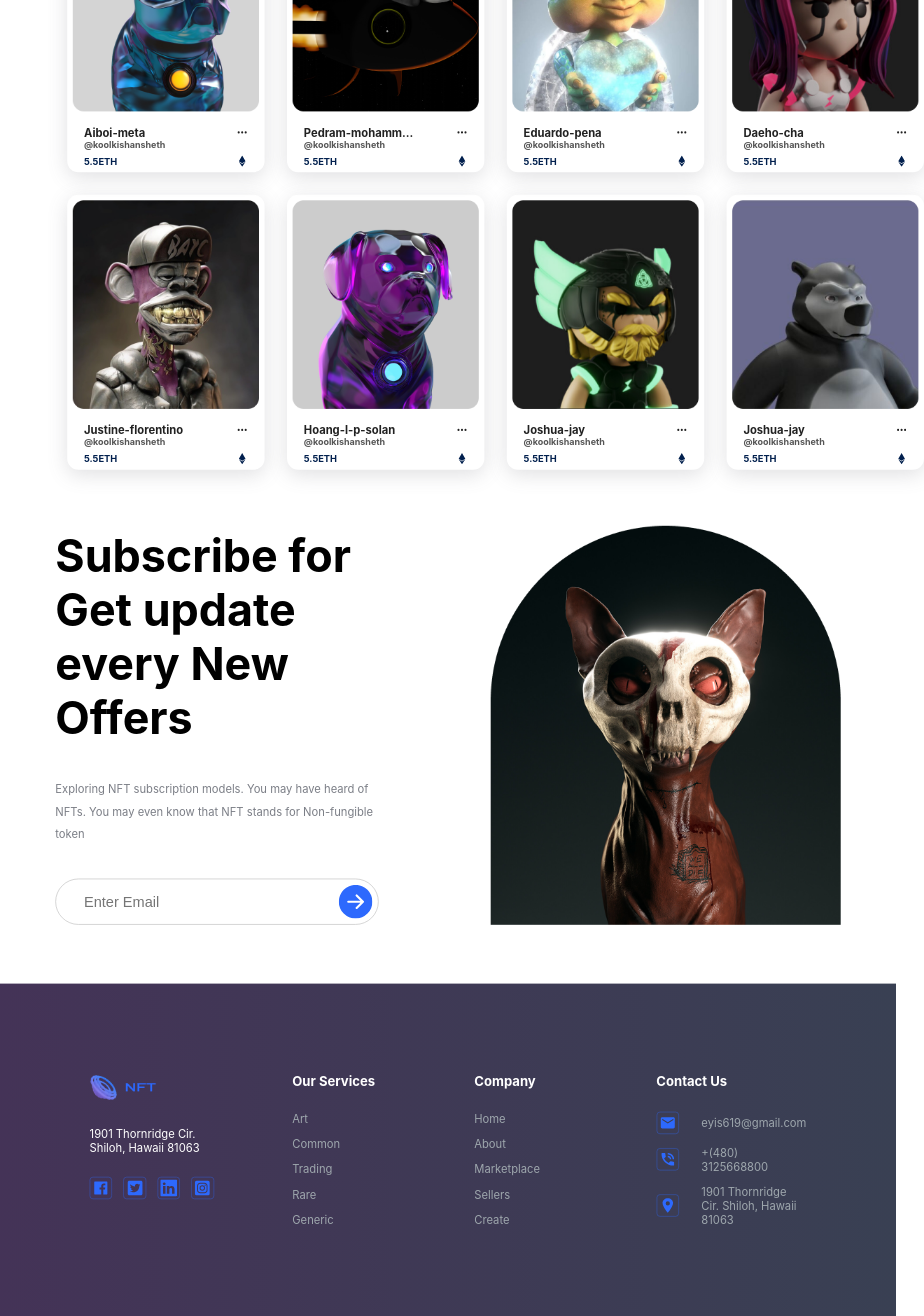
Repository: Ellisvelandia/NFT
Page: /
The author's editor kept a copy of each file at every save. The page is drawn from the files as they stood at one save, then again after the next save.
The browser window is 1280 px wide. The page is 1320 px wide, so the pictures cover 1320 px, including what lies to the right of the window. The pictures show the part of the page from y = 3373 to 5253 px (the page is 5253 px tall), at 70% of full size.
The project was rebuilt for these pictures with package versions that can differ from the ones it lists, and the page was loaded fresh each time.

Above is the page before, as saved 2022-08-21 16:21:13.

After the next save:
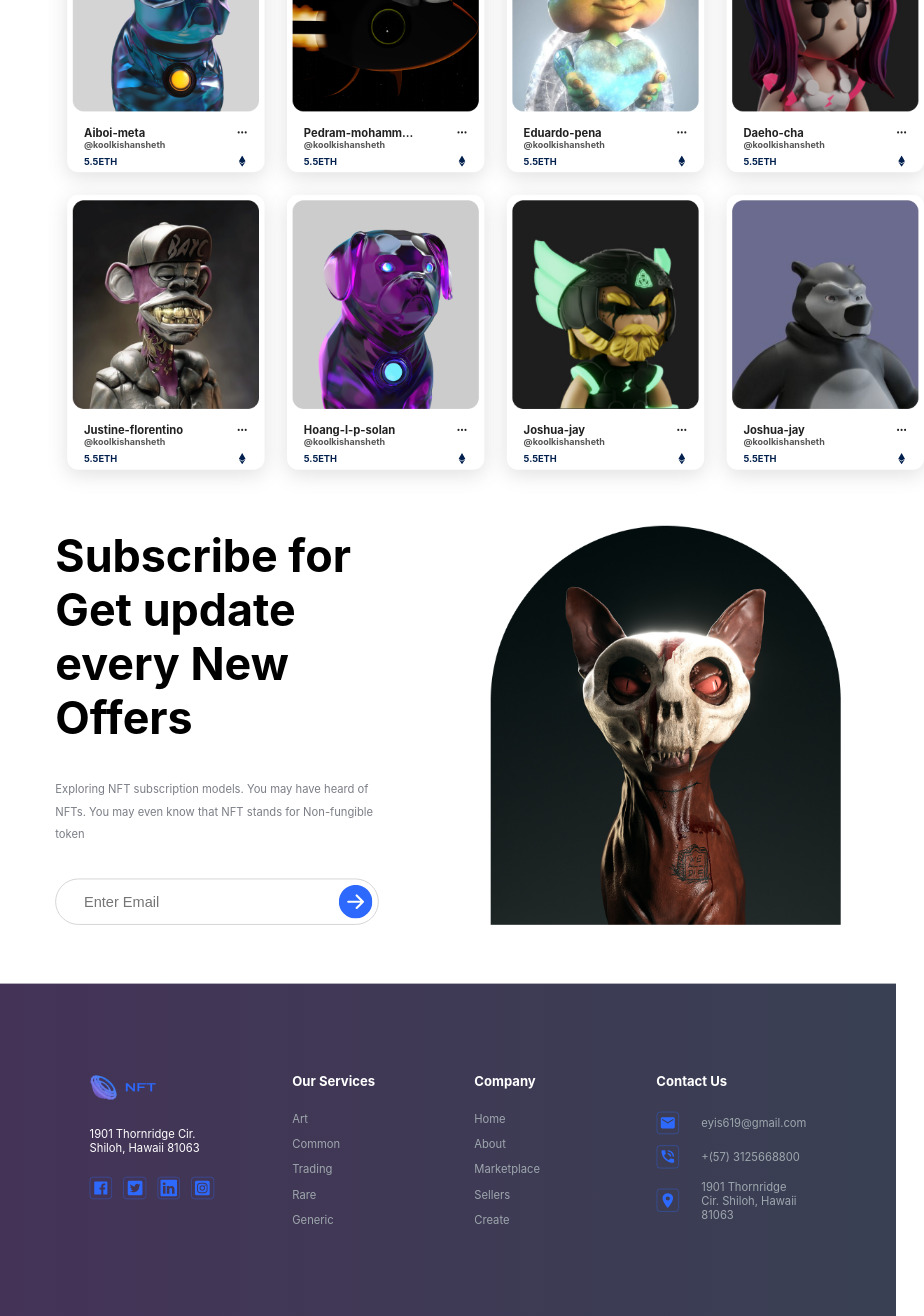
Saved 7 s later.
--- a/src/components/Footer.jsx
+++ b/src/components/Footer.jsx
@@ -18,7 +18,7 @@
     },
     {
       icon: <MdPhoneInTalk />,
-      value: "+(480) 3125668800",
+      value: "+(57) 3125668800",
     },
     {
       icon: <IoLocationSharp />,
